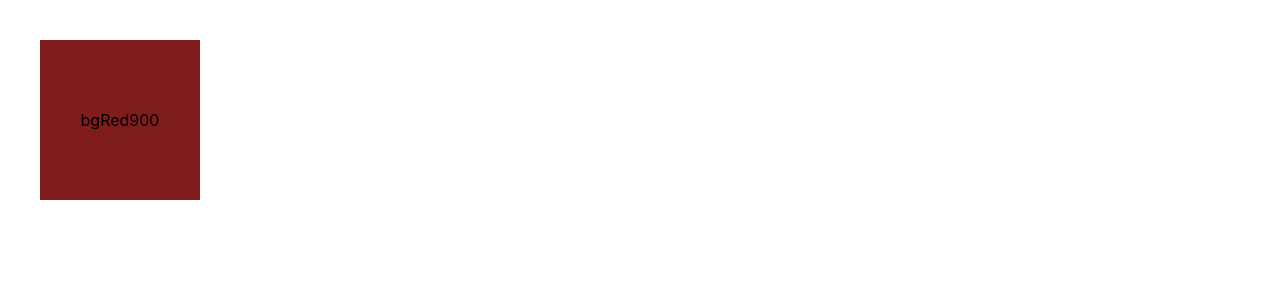
Repository: wogml3270/react-test-server
Page: /
These files come from the project's save history. The page is drawn as it stood at one moment and after the next save; the edit follows.
The browser window is 1280 px wide. The pictures show the whole page.
The project was rebuilt for these pictures with package versions that can differ from the ones it lists, and the page was loaded fresh each time. Also part of the build but not shown: src/App.css.

Above is the page before, as saved 2022-08-13 18:27:45.

### src/index.js
import React from 'react';
import ReactDOM from 'react-dom/client';
import './index.css';
import App from './App';
import reportWebVitals from './reportWebVitals';
import './tailwind.css';

const root = ReactDOM.createRoot(document.getElementById('root'));
root.render(
  <React.StrictMode>
    <App />
  </React.StrictMode>
);

// If you want to start measuring performance in your app, pass a function
// to log results (for example: reportWebVitals(console.log))
// or send to an analytics endpoint. Learn more: https://bit.ly/CRA-vitals
reportWebVitals();

### src/App.js

import './App.css';

function App() {
  return (
    <>
      <div className="m-10">
        <div className="caret-cyan-400 w-full h-full"></div>
        <h1 className="bg-red-900 h-40 w-40 flex justify-center items-center">bgRed900</h1>
      </div>
    </>
  );
}

export default App;

### src/tailwind.css
/* src/tailwind.css */

@tailwind base;
@tailwind components;
@tailwind utilities;

### tailwind.config.js
// tailwindcss.config.js

module.exports = {
    content: ['./src/**/*.{js,jsx,ts,tsx}', './public/index.html'],
    theme: {
        extend: {},
    },
    plugins: [],
};

Loaded but not shown: public/index.html (common file); src/index.css (common file); src/reportWebVitals.js (common file)

After the next save:
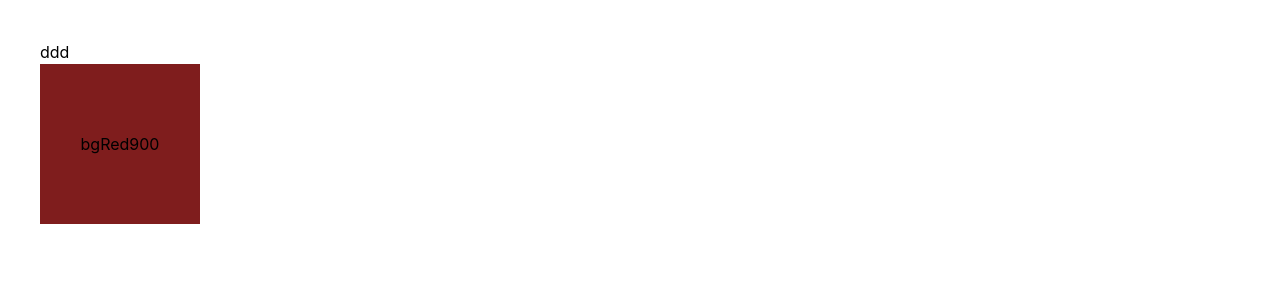
Saved 108 s later.
--- a/src/App.js
+++ b/src/App.js
@@ -5,7 +5,7 @@ function App() {
   return (
     <>
       <div className="m-10">
-        <div className="caret-cyan-400 w-full h-full"></div>
+        <div className="caret-cyan-400 w-full h-full">ddd</div>
         <h1 className="bg-red-900 h-40 w-40 flex justify-center items-center">bgRed900</h1>
       </div>
     </>
